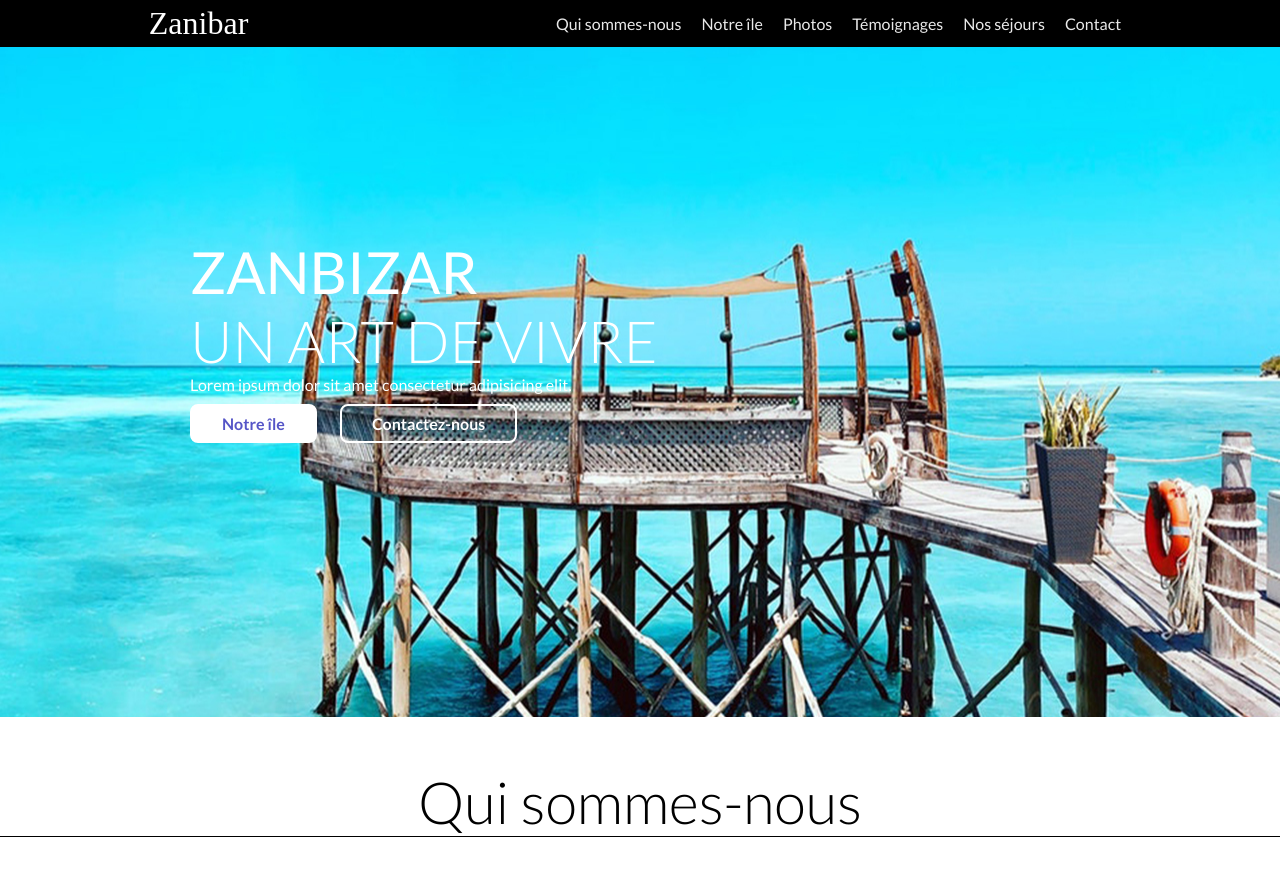
Repository: ypiard85/zanzibar
Page: index.html
These files come from the project's save history. The page is drawn as it stood at one moment and after the next save; the edit follows.
The browser window is 1280 px wide. The pictures show the whole page.
Some web fonts or font styles are not loaded; a fallback is used.

Above is the page before, as saved 2021-02-23 15:32:18.

After the next save:
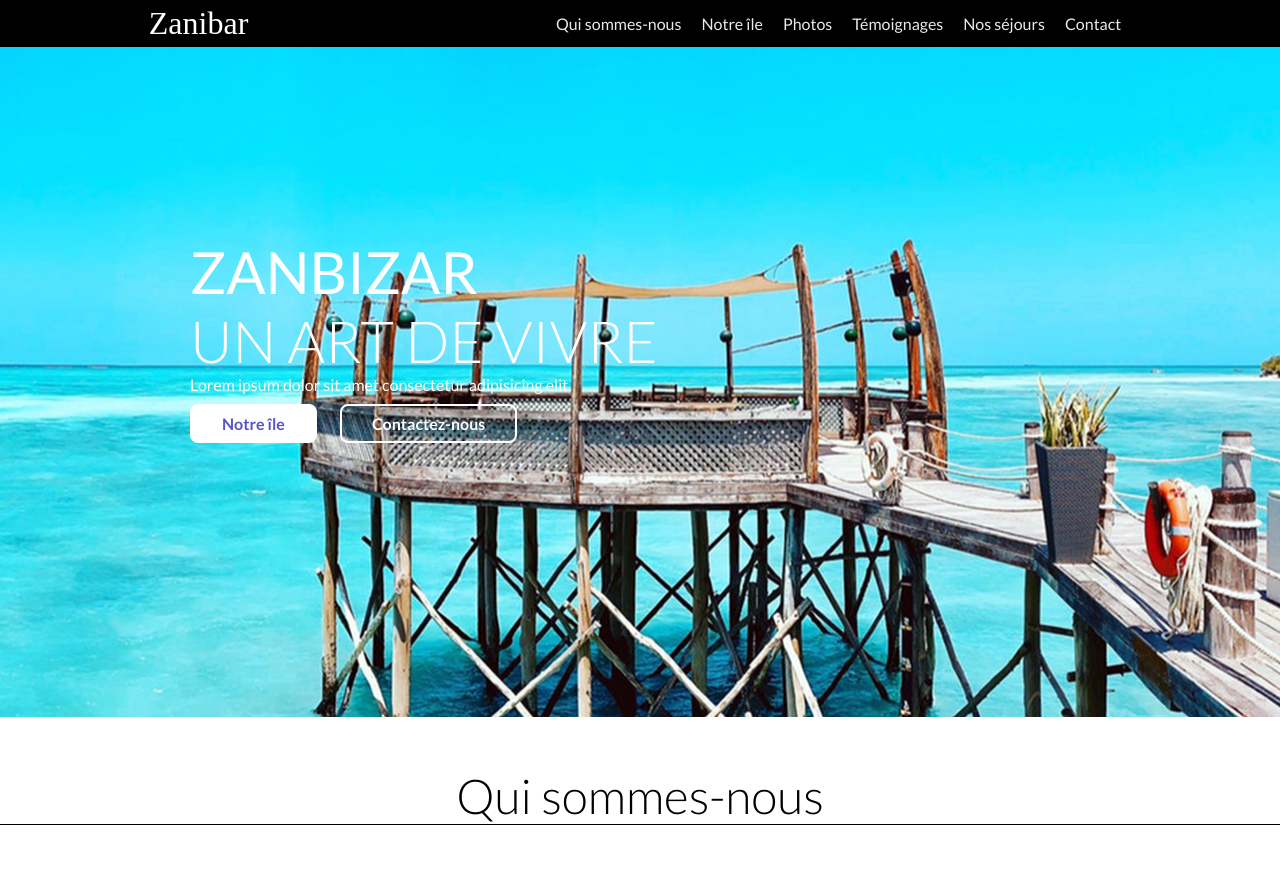
Saved 9 s later.
--- a/style.css
+++ b/style.css
@@ -1,7 +1,7 @@
 :root{
     --font-family-title: "warnesregular";
     --guillemet-citation: "Sanchez", serif;
-    --font-size-title-medium: 58px;
+    --font-size-title-medium: 48px;
 }
 
 *{
